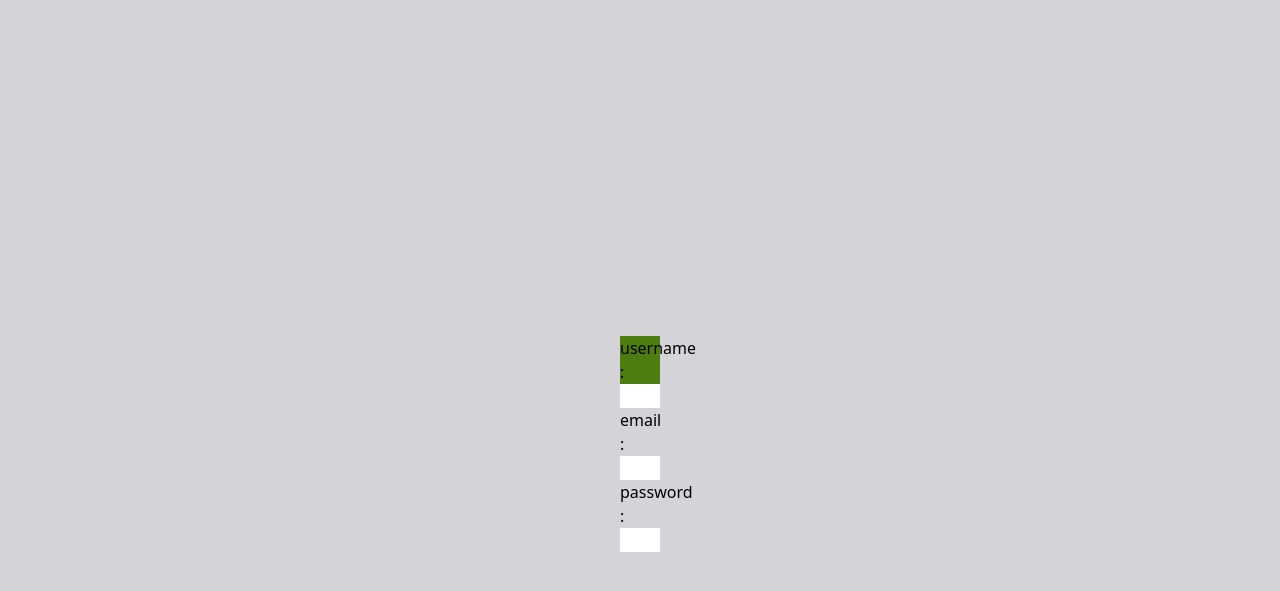
Repository: Emy-gold/alx-fe-reactjs
Page: / (app in form-handling-react/)
These files come from the project's save history. The page is drawn as it stood at one moment and after the next save; the edit follows.
The browser window is 1280 px wide. The pictures show the whole page.
The project was rebuilt for these pictures with package versions that can differ from the ones it lists, and the page was loaded fresh each time. Also part of the build but not shown: form-handling-react/vite.config.js.

Above is the page before, as saved 2025-08-22 21:12:34.

After the next save:
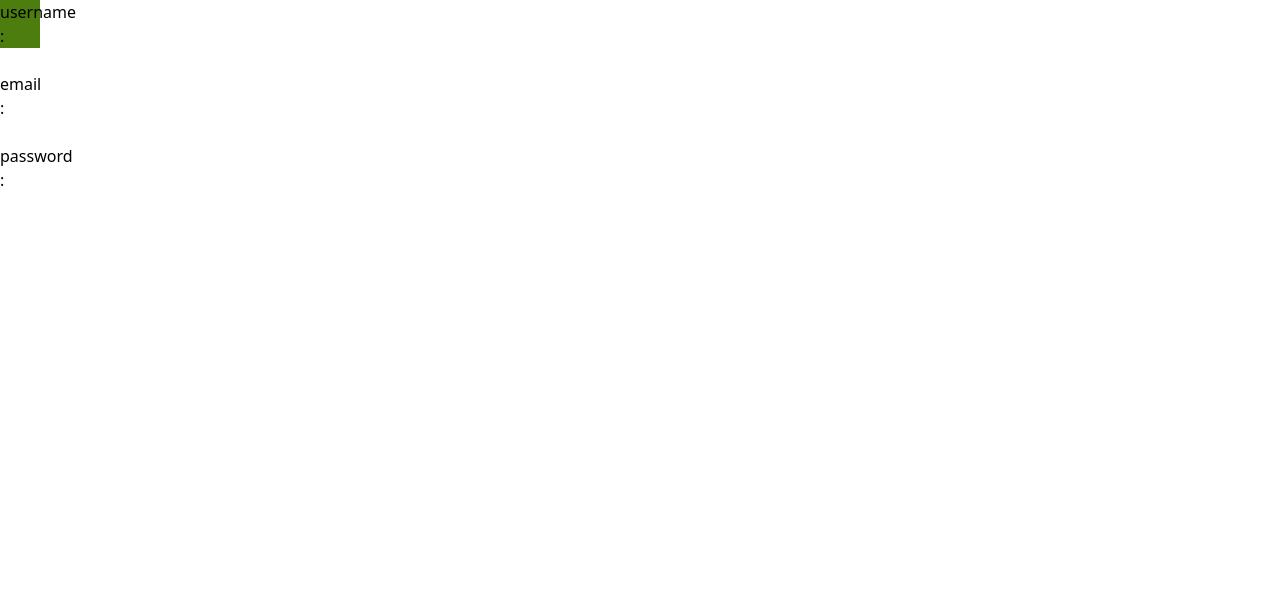
Saved 27 s later.
--- a/form-handling-react/src/components/RegistrationForm.jsx
+++ b/form-handling-react/src/components/RegistrationForm.jsx
@@ -16,31 +16,29 @@ function RegistrationForm() {
     }
 
     return (
-        <div className='flex w-full mx-auto h-screen justify-center items-center bg-zinc-300'>
-            <form onSubmit={handleSubmit} className='flex flex-col bg-lime-700 w-10 h-12'>
-                <label>username :</label>
-                <input
-                    type="text"
-                    name="username"
-                    value={formData.name}
-                    onChange={handleChange}
-                />
-                <label>email :</label>
-                <input
-                    type="email"
-                    name="email"
-                    value={formData.email}
-                    onChange={handleChange}
-                />
-                <label>password :</label>
-                <input
-                    type="password"
-                    name="password"
-                    value={formData.password}
-                    onChange={handleChange}
-                />
-            </form>
-        </div>
+        <form onSubmit={handleSubmit} className='flex flex-col bg-lime-700 w-10 h-12'>
+            <label>username :</label>
+            <input
+                type="text"
+                name="username"
+                value={formData.name}
+                onChange={handleChange}
+            />
+            <label>email :</label>
+            <input
+                type="email"
+                name="email"
+                value={formData.email}
+                onChange={handleChange}
+            />
+            <label>password :</label>
+            <input
+                type="password"
+                name="password"
+                value={formData.password}
+                onChange={handleChange}
+            />
+        </form>
     )
 }
 
